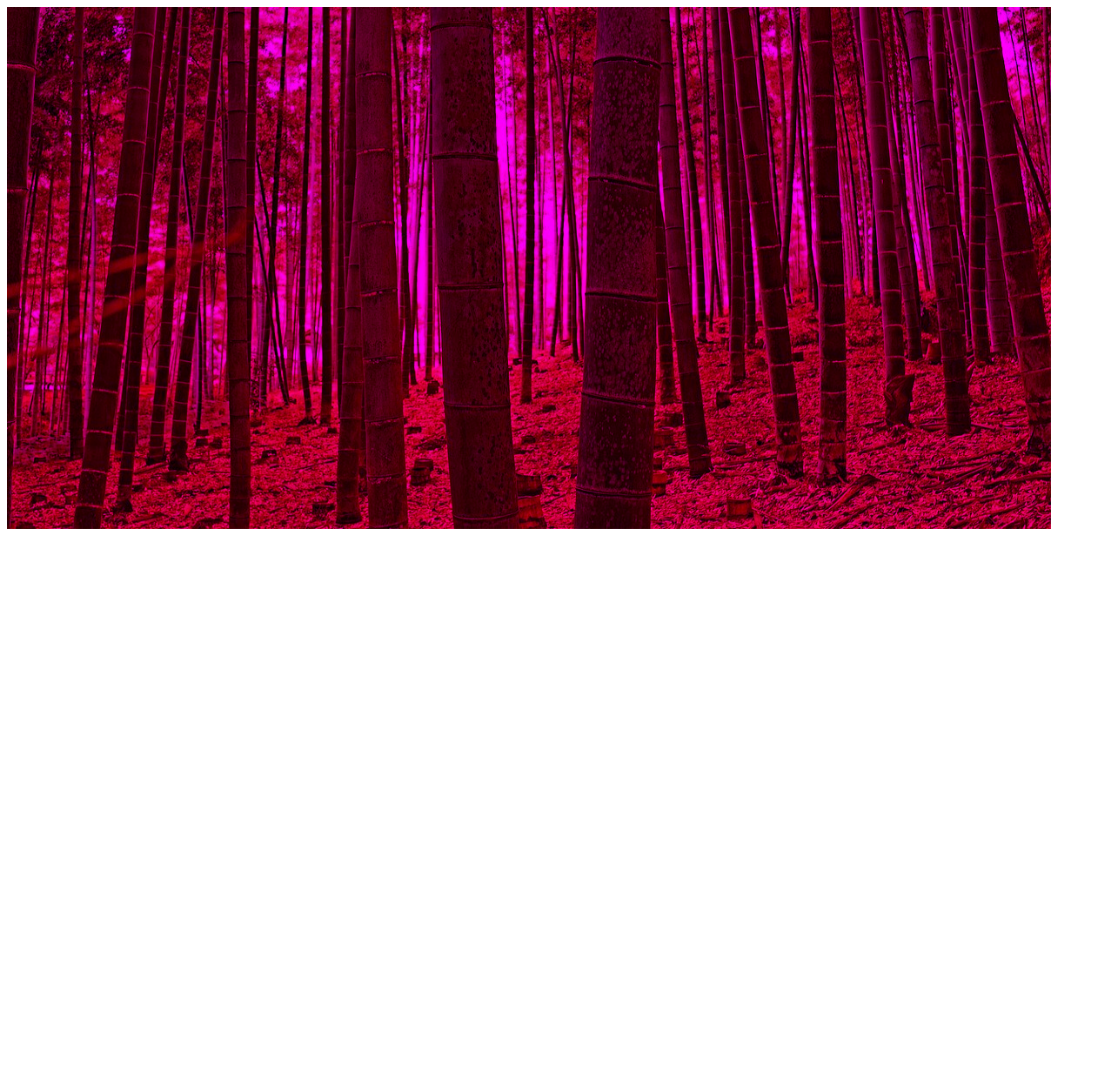
Repository: tanasa-mircea/playground
Page: canvas-filters/index.html
An editor plug-in stored every save of this project. The page is shown before and after the next save, followed by the edit.
The browser window is 1280 px wide. The pictures show the whole page, at 87% of full size.

Above is the page before, as saved 2019-02-08 11:27:36.

### canvas-filters/index.html
<!DOCTYPE html>
<html>
<head>
  <meta charset="utf-8">
  <meta http-equiv="X-UA-Compatible" content="IE=edge">
  <title>Page Title</title>
  <meta name="viewport" content="width=device-width, initial-scale=1">
</head>
<body>
  <canvas id="myCanvas"></canvas>
  <img id="bamboo" src="bamboo.jpg" style="visibility: hidden;">

  <script src="main.js"></script>
</body>
</html>

### canvas-filters/main.js
var config = {
  canvasWidth: 1200,
  canvasHeight: 600
}

var canvas,
    canvasContext,
    image,
    imageData;


function initCanvas() {
  canvas = document.getElementById("myCanvas");
  canvas.width = config.canvasWidth;
  canvas.height = config.canvasHeight;
  canvasContext = canvas.getContext("2d");
  image = document.getElementById("bamboo");
  canvasContext.drawImage(image, 0, 0, config.canvasWidth, config.canvasHeight);
  imageData = canvasContext.getImageData(0, 0, config.canvasWidth, config.canvasHeight);

  // applyFilter(makeGrayscale, imageData);
  // applyFilter(adjustBrightness, imageData, {
  //   change: 50
  // });
  applyFilter(makeSepia, imageData);
}

function applyFilter(filterFunction, data, options) {
  var mutatedPixels = filterFunction(data, options);
  canvasContext.putImageData(mutatedPixels, 0, 0);
}

function makeGrayscale(pixels) {
  var data = pixels.data;
  for (var i=0; i<data.length; i+=4) {
    var r = data[i];
    var g = data[i+1];
    var b = data[i+2];
    var mutatedColors = .5*r + .5*g + .5*b;
    data[i] = data[i+1] = data[i+2] = mutatedColors
  }
  return pixels;
}

function adjustBrightness(pixels, options) {
  var data = pixels.data;
  for (var i=0; i<data.length; i+=4) {
    data[i] += options.change;
    data[i+1] += options.change;
    data[i+2] += options.change;
  }
  return pixels;
}

function makeSepia(pixels) {
  var data = pixels.data;
  for (var i=0; i<data.length; i+=4) {
    data[i+1] = 0;
    var r = data[i];
    var g = data[i+1];
    var b = data[i+2];
  }
  return pixels;
}

window.onload = function() {
  initCanvas();
}

After the next save:
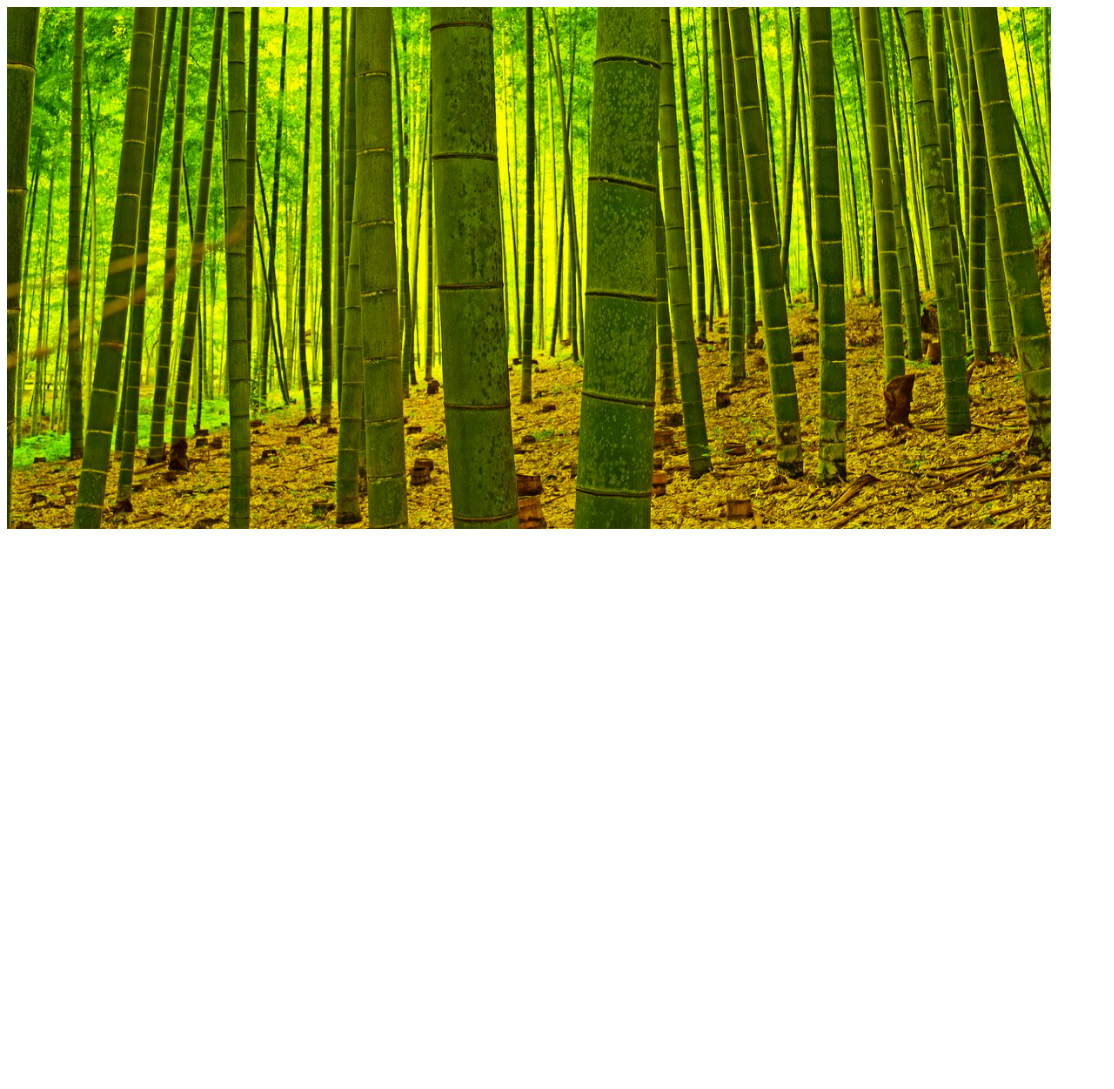
Saved 4 s later.
--- a/canvas-filters/main.js
+++ b/canvas-filters/main.js
@@ -55,7 +55,7 @@ function adjustBrightness(pixels, options) {
 function makeSepia(pixels) {
   var data = pixels.data;
   for (var i=0; i<data.length; i+=4) {
-    data[i+1] = 0;
+    data[i+2] = 0;
     var r = data[i];
     var g = data[i+1];
     var b = data[i+2];
